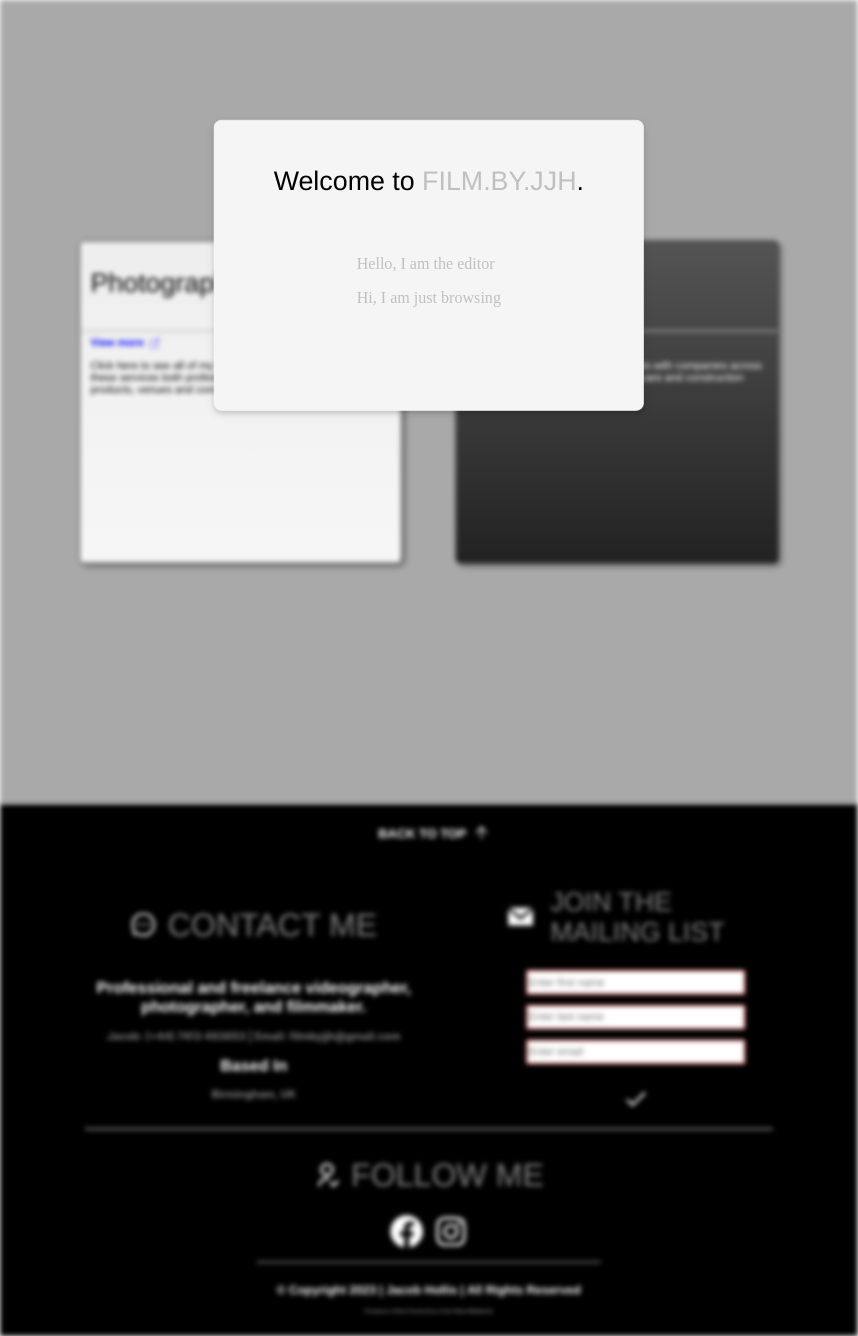
Repository: ThomasMTurner/filmbyjjh-portfolio
Page: /portfolio (app in client/)
These files come from the project's save history. The page is drawn as it stood at one moment and after the next save; the edit follows.
The browser window is 1280 px wide. The pictures show the whole page, at 67% of full size.
The project was rebuilt for these pictures with package versions that can differ from the ones it lists, and the page was loaded fresh each time. Also part of the build but not shown: client/vite.config.js, client/src/pages/Components/TagComponents.jsx, client/src/pages/Components/Post.jsx, client/src/pages/Components/SearchBar.jsx, client/src/pages/Updates.jsx, client/src/pages/Contact.jsx, client/src/pages/Home.jsx, client/src/pages/Videography.jsx and 1 more. Imported but missing from the stored project, and not drawn on this page: client/src/pages/Components/Videos/header.mp4, client/src/pages/Components/Videos/portfolio-reel.mp4.

Above is the page before, as saved 2023-10-20 16:12:08.

After the next save:
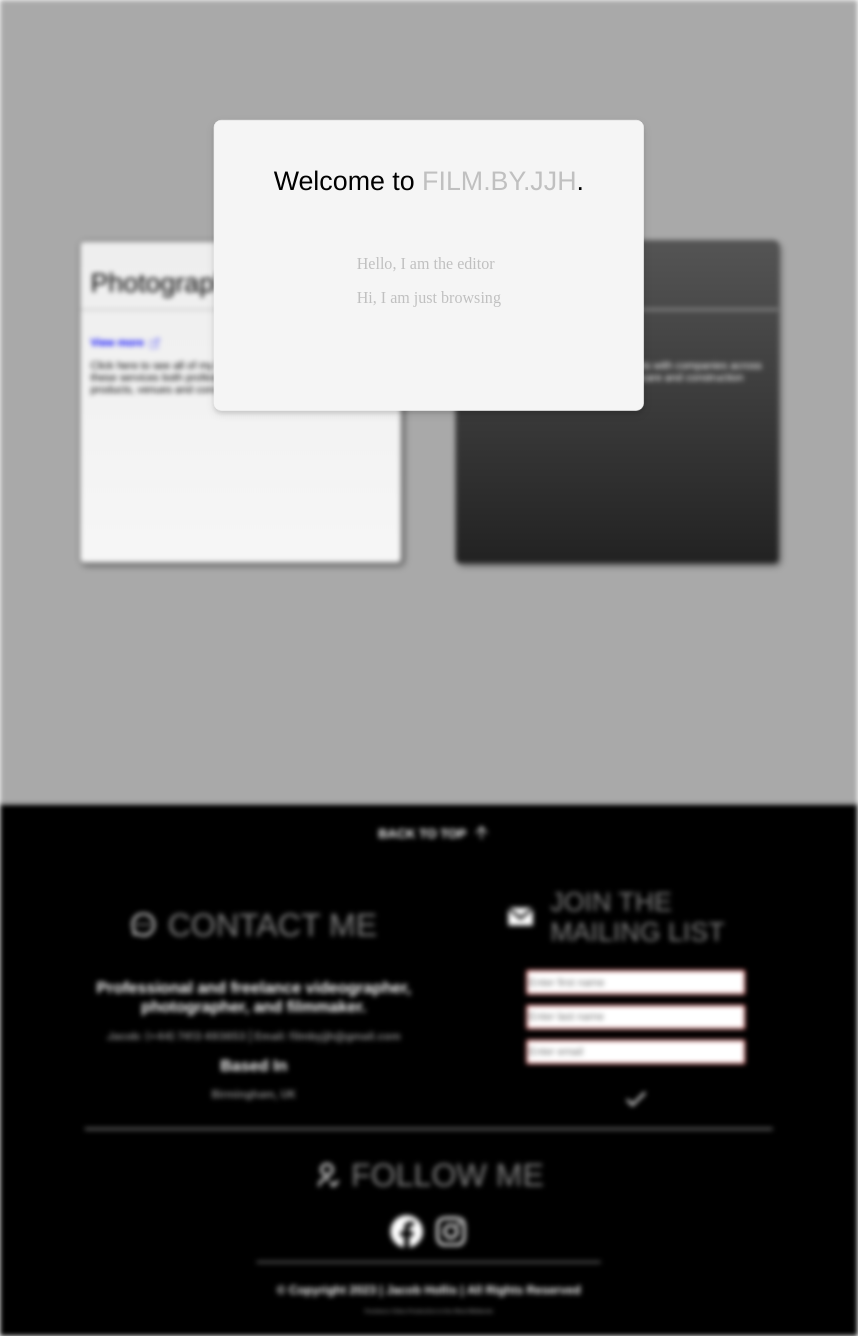
Saved 18 s later.
--- a/client/src/pages/Portfolio.jsx
+++ b/client/src/pages/Portfolio.jsx
@@ -26,7 +26,7 @@ const PortfolioCard = (props) => {
         >
           {props.title}
         </p>
-        <hr style={{width:'100%', borderStyle:'solid', borderColor:'silver', borderWidth:'0.05rem'}} />
+        <hr style={{width:'100%', borderStyle:'solid', borderColor:'silver', borderWidth:'0.05rem', position:'relative', bottom:'2rem'}} />
         <button
           className={`portfolio-card-button ${hovering ? 'portfolio-card-button-hover' : ''}`}
           type="button"
